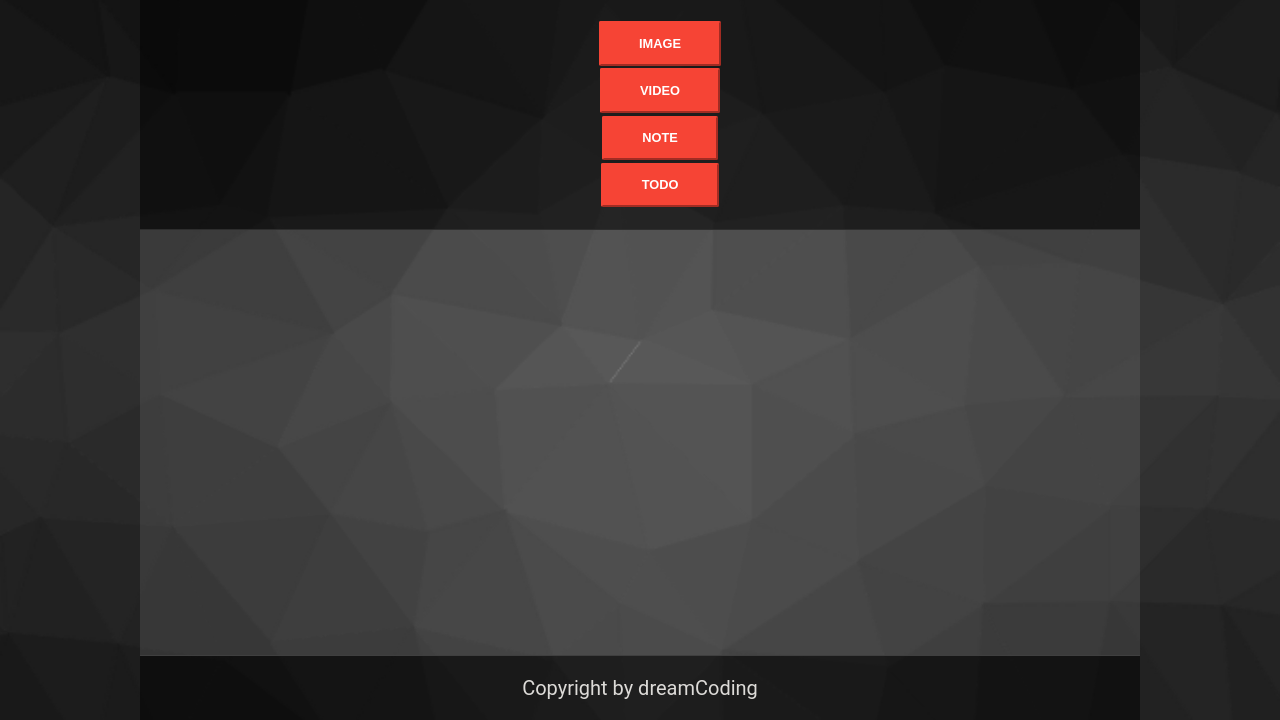
Repository: SeungYn/MotionTs
Page: index.html
These files come from the project's save history. The page is drawn as it stood at one moment and after the next save; the edit follows.
The browser window is 1280 px wide. The pictures show the whole page.

Above is the page before, as saved 2022-09-28 17:05:43.
Not found: dict/app.js

After the next save:
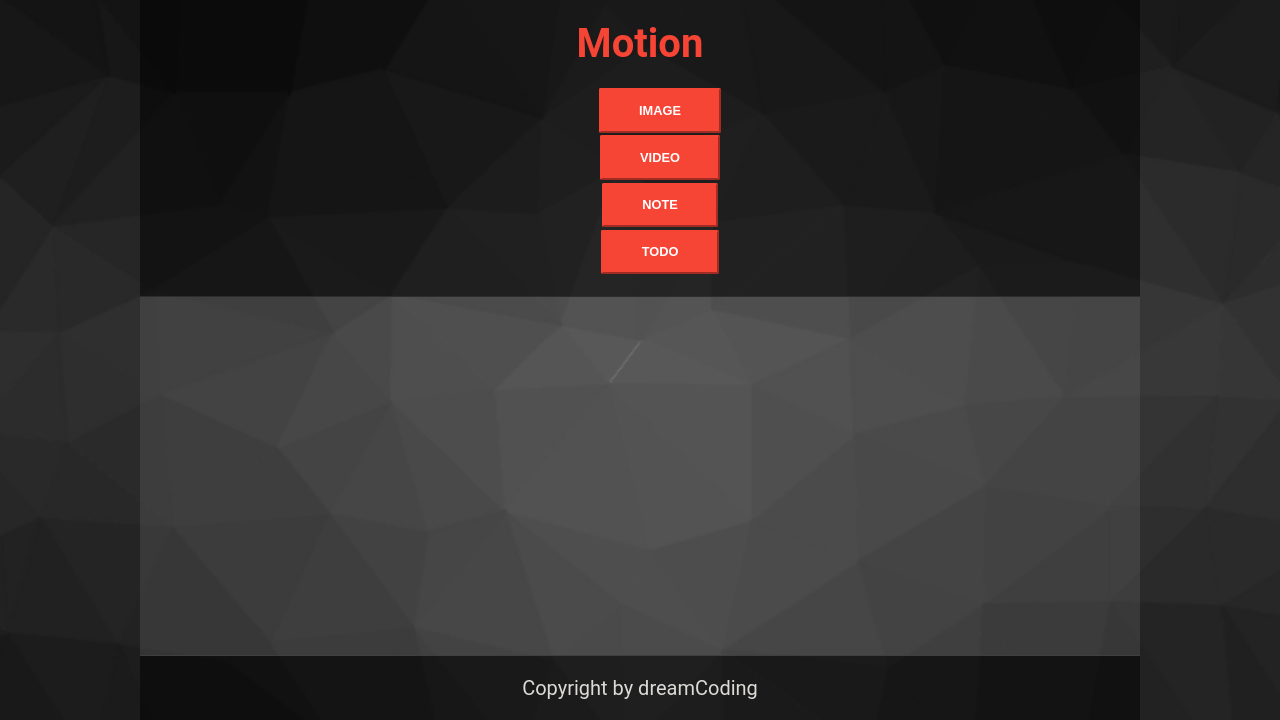
Saved 2 min 24 s later.
--- a/index.html
+++ b/index.html
@@ -11,7 +11,7 @@
   <body>
     <div class="app">
       <header class="banner">
-        <h1 class="banner__title"></h1>
+        <h1 class="banner__title">Motion</h1>
         <ul class="control__panel">
           <li><button id="new-image" class="create-button">Image</button></li>
           <li><button id="new-video" class="create-button">Video</button></li>
